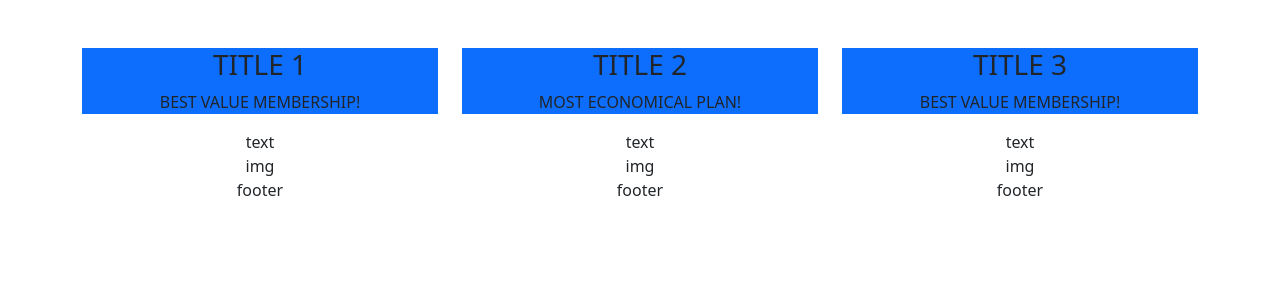
Repository: jorgi710/Prueba-Bootstrap
Page: /
An editor plug-in stored every save of this project. The page is shown before and after the next save, followed by the edit.
The browser window is 1280 px wide. The pictures show the whole page.
The project was rebuilt for these pictures with package versions that can differ from the ones it lists, and the page was loaded fresh each time. Also part of the build but not shown: src/App.css.

Above is the page before, as saved 2021-03-30 10:27:11.

### src/index.js
import React from 'react';
import ReactDOM from 'react-dom';
import App from './App';
import 'bootstrap/dist/css/bootstrap.min.css';


ReactDOM.render(
  <React.StrictMode>
    <App />
  </React.StrictMode>,
  document.getElementById('root')
);

### src/App.js
import './App.css';
import Header from './components/Header';

function App() {
  return (
    <div className=" container mt-5 text-center">
      <div className="row">
        <div className="col-4">
          <Header
            title_header = "TITLE 1"
            parrafo_header = "BEST VALUE MEMBERSHIP!"
          />
        </div>
        <div className="col-4">
        <Header
          title_header = "TITLE 2"
          parrafo_header = "MOST ECONOMICAL PLAN!"
        />
        </div>
        <div className="col-4">
        <Header
          title_header = "TITLE 3"
          parrafo_header = "BEST VALUE MEMBERSHIP!"
        />
        </div>
      </div>
    </div>
  );
}

export default App;

### src/components/Header.jsx
import React from 'react'

const Header = ({title_header, parrafo_header}) => {
    return (
        <>
            <div className="bg-primary">
                <h3>{title_header}</h3>
                <p>{parrafo_header}</p>
            </div>
            <div>text</div>
            <div>img</div>
            <div>footer</div>
        </>
    )
}

export default Header

Loaded but not shown: public/index.html (common file); src/App.css (no copy from this time; the picture is the same without it)

After the next save:
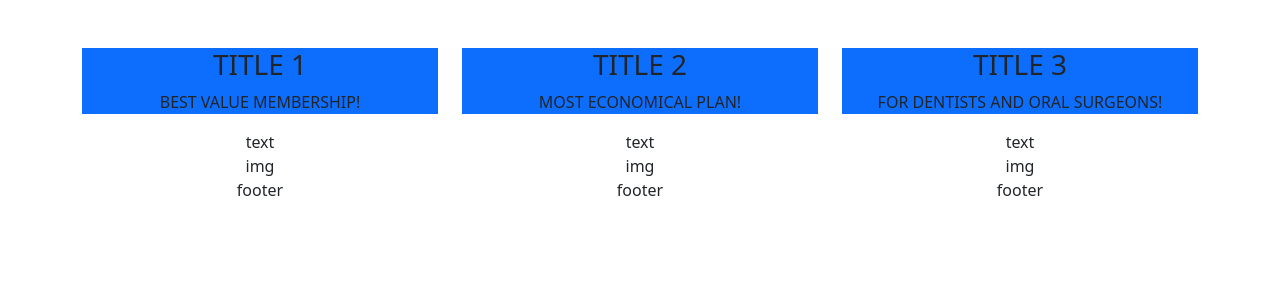
Saved 49 s later.
--- a/src/App.js
+++ b/src/App.js
@@ -20,7 +20,7 @@ function App() {
         <div className="col-4">
         <Header
           title_header = "TITLE 3"
-          parrafo_header = "BEST VALUE MEMBERSHIP!"
+          parrafo_header = "FOR DENTISTS AND ORAL SURGEONS!"
         />
         </div>
       </div>
